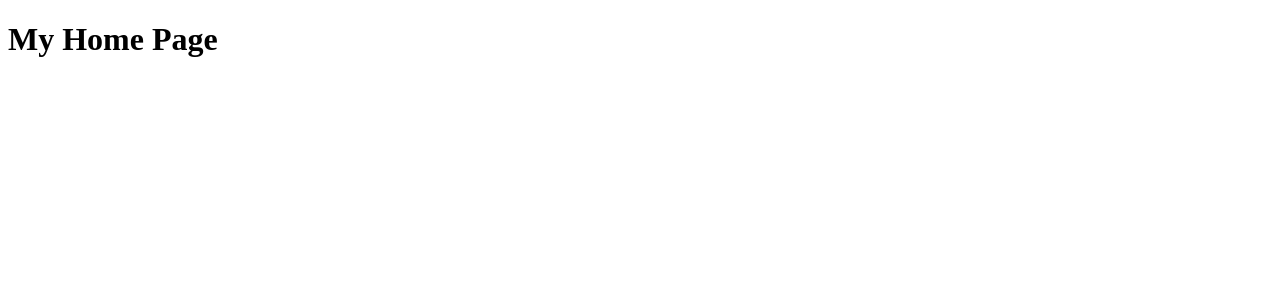
Repository: Rama-13/LaunchPadAllFiles
Page: java-workspace/SpringMVCDemo/WebContent/index.html
The author's editor kept a copy of each file at every save. The page is drawn from the files as they stood at one save, then again after the next save.
The browser window is 1280 px wide. The pictures show the whole page.

Above is the page before, as saved 2019-08-01 08:49:44.

After the next save:
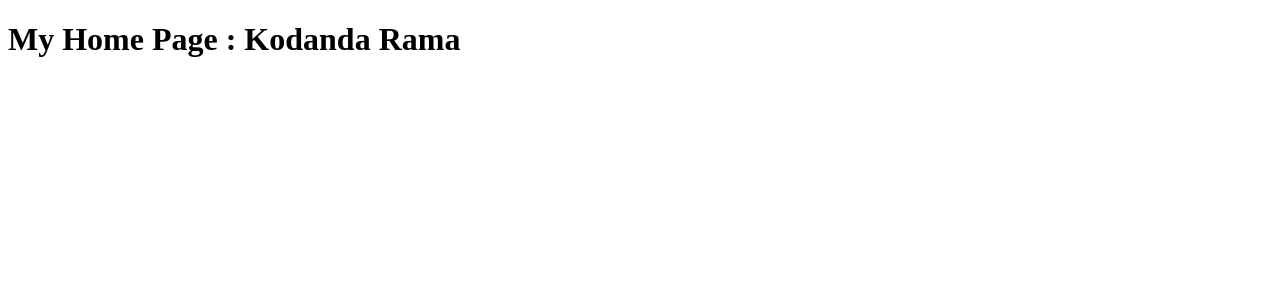
Saved 6 s later.
--- a/java-workspace/SpringMVCDemo/WebContent/index.html
+++ b/java-workspace/SpringMVCDemo/WebContent/index.html
@@ -5,6 +5,6 @@
 <title>Spring MVC</title>
 </head>
 <body>
-<h1>My Home Page</h1>
+<h1>My Home Page : Kodanda Rama</h1>
 </body>
 </html>
